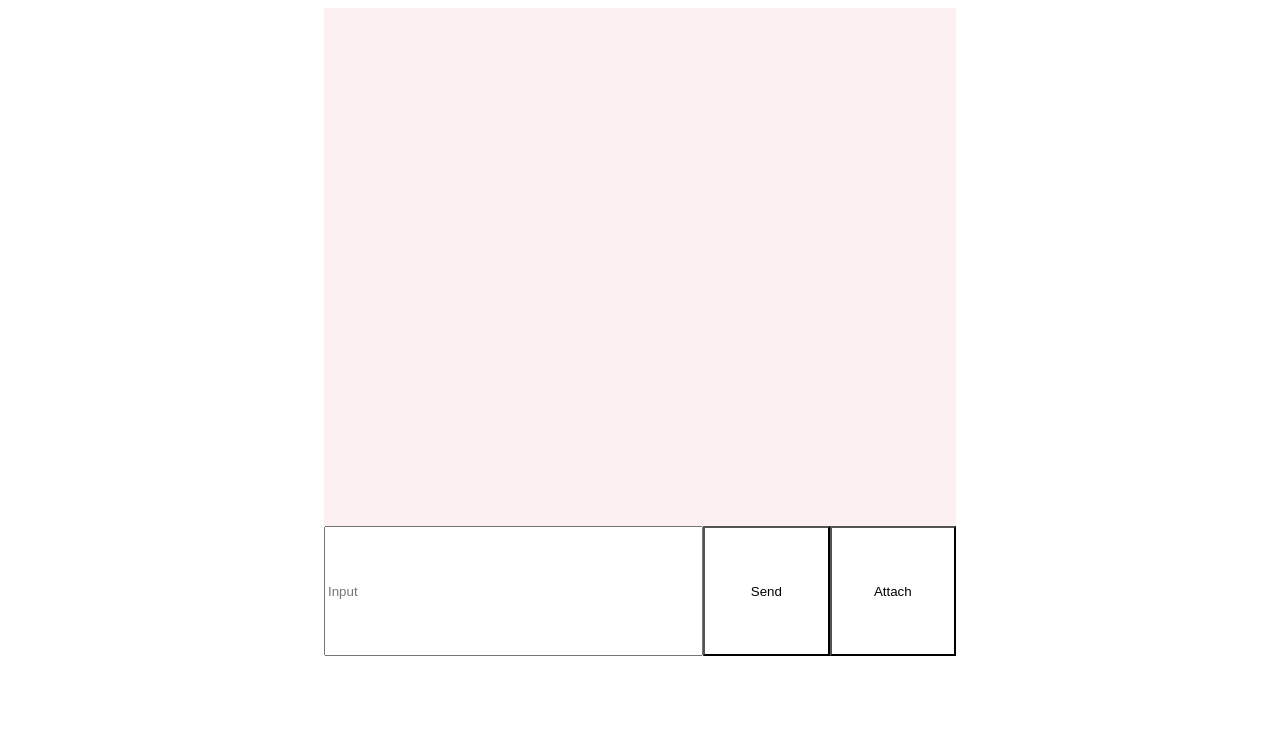
Repository: ddt2h/node-express-chat
Page: front/index.html
These files come from the project's save history. The page is drawn as it stood at one moment and after the next save; the edit follows.
The browser window is 1280 px wide. The pictures show the whole page.

Above is the page before, as saved 2024-07-05 15:02:15.

### front/index.html
<!DOCTYPE html>
<html lang="en">

<head>
    <meta charset="UTF-8">
    <meta name="viewport" content="width=device-width, initial-scale=1.0">
    <style>
        body {
            display: grid;
            justify-items: center;
            height: 100vh;
        }

        .mainframe {
            width: 50%;
            height: 90%;
            background-color: rgb(252, 240, 240);
            display: grid;
            grid-template-columns: repeat(5, 1fr);
            grid-template-rows: repeat(5, 1fr);
            grid-column-gap: 0px;
            grid-row-gap: 0px;
        }

        .mainframe-input {
            grid-area: 5 / 1 / 6 / 4;
        }

        .mainframe-send {
            grid-area: 5 / 4 / 6 / 5;
            background-color: rgb(255, 255, 255);
        }

        .mainframe-attach {
            grid-area: 5 / 5 / 6 / 6;
            background-color: rgb(255, 255, 255);
        }

        .mainframe-field {
            grid-area: 1 / 1 / 5 / 6;
        }
    </style>
    <title>---</title>
</head>

<body>
    <div class="mainframe">
        <input type="text" class="mainframe-input" placeholder="Input">
        <input type="button" class="mainframe-send" value="Send">
        <input type="button" class="mainframe-attach" value="Attach">
        <div class="mainframe-field">
    </div>

</body>

</html>

After the next save:
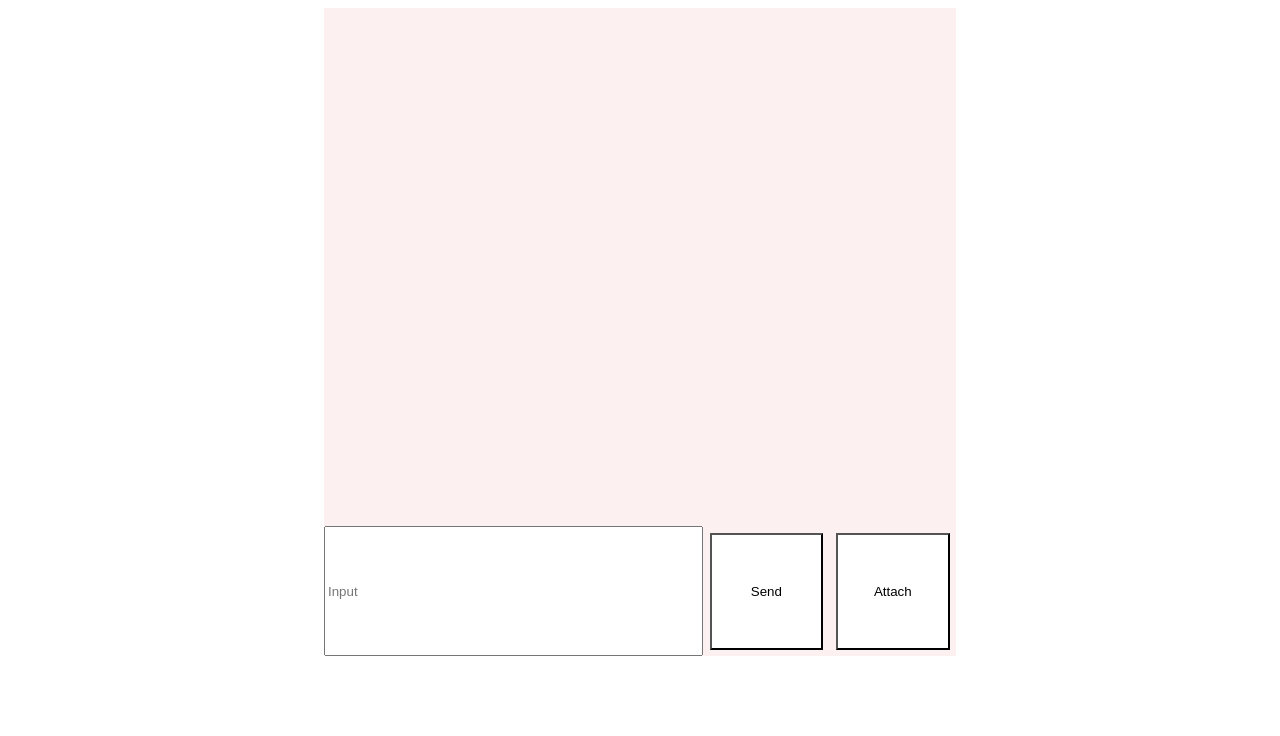
Saved 33 s later.
--- a/front/index.html
+++ b/front/index.html
@@ -29,11 +29,13 @@
         .mainframe-send {
             grid-area: 5 / 4 / 6 / 5;
             background-color: rgb(255, 255, 255);
+            margin: 5%;
         }
 
         .mainframe-attach {
             grid-area: 5 / 5 / 6 / 6;
             background-color: rgb(255, 255, 255);
+            margin: 5%;
         }
 
         .mainframe-field {
